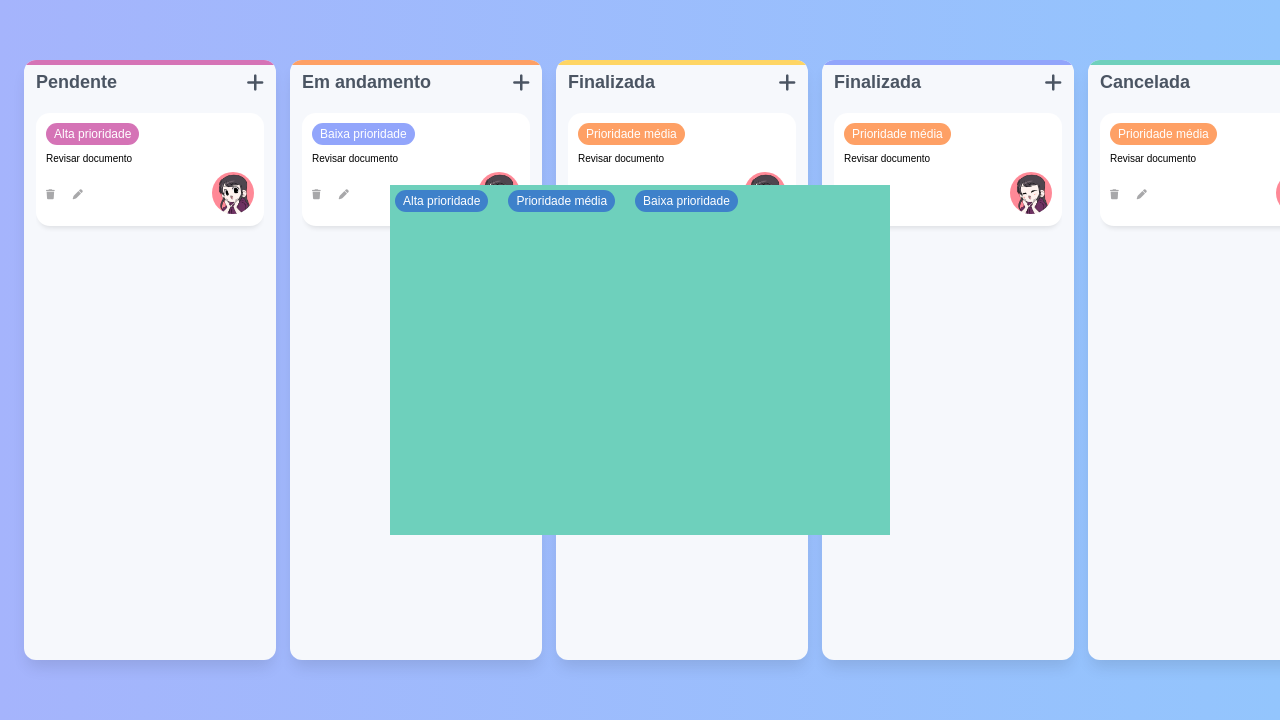
Repository: Marinalr-25/ProjetoToDoList
Page: index.html
These files come from the project's save history. The page is drawn as it stood at one moment and after the next save; the edit follows.
The browser window is 1280 px wide. The pictures show the whole page.
Some web fonts or font styles are not loaded; a fallback is used. Some web libraries are served in a nearby version.

Above is the page before, as saved 2024-10-31 16:08:33.

After the next save:
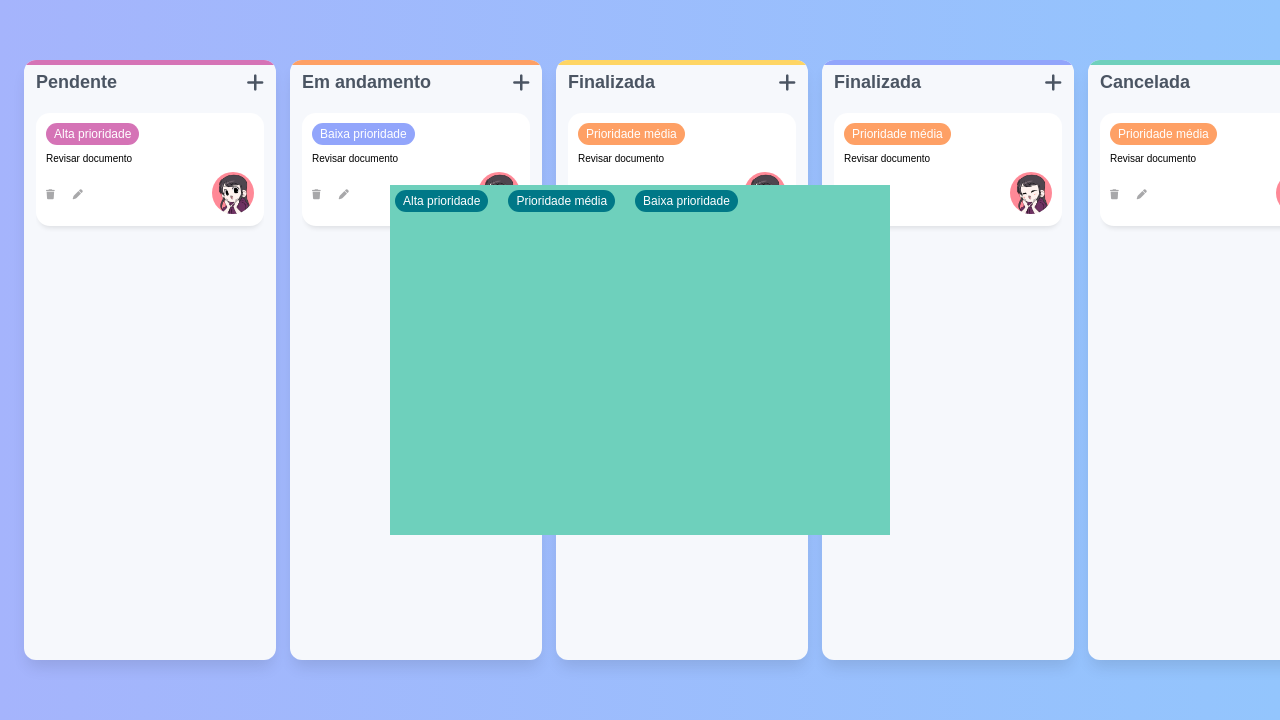
Saved 14 s later.
--- a/css/style.css
+++ b/css/style.css
@@ -185,7 +185,7 @@ body {
   margin: 0.5rem;
   cursor: pointer;
   transition: transform 0.2s ease;
-  background-color: #3e81ca;
+  background-color: #007887;
   color: #ffffff;
   width: fit-content;
   font-size: 1.2rem;
